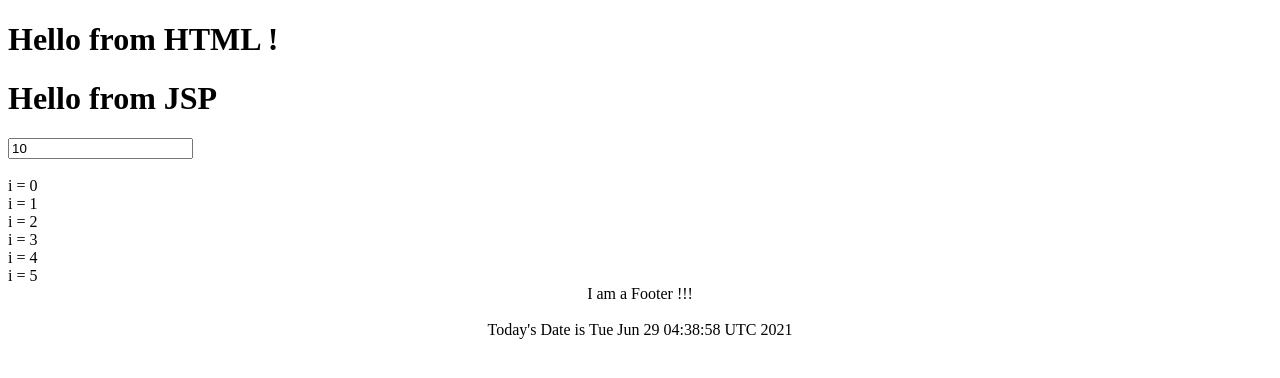
Repository: StarCoder09/JavaWorkspace
Page: http://localhost/JSP_demo/
These files come from the project's save history. The page is drawn as it stood at one moment and after the next save; the edit follows.
The browser window is 1280 px wide. The pictures show the whole page.
The page is served by Tomcat 9. Other server files are loaded and not shown.

Above is the page before, as saved 2021-06-30 11:28:22.

### JSP_demo/src/main/webapp/index.jsp
<%@ page import="java.util.Date" %>
<%@ page language="java" contentType="text/html; charset=ISO-8859-1"
    pageEncoding="ISO-8859-1"%>
<!DOCTYPE html>
<html>
	<head>
		<meta charset="ISO-8859-1">
		<title>JSP Demo</title>
	</head>
	<body>
		<h1>Hello from HTML !</h1>
		<%= "<h1>Hello from JSP</h1>" %>

		<%
			int x=10;
		%>
		<input type="text" value="<%= x %>"><br/><br/>

		<%
			for(int i=0;i<=5;i++){
				out.print("i = " + i + "<br/>");
			}
		%>

		<%@include file="footer.html" %>
		<div align="center">
			Today's Date is <%= new Date() %>
		</div>
	</body>
</html>

### JSP_demo/src/main/webapp/footer.html
<div align="center">
	I am a Footer !!!<br/><br/>
</div>

After the next save:
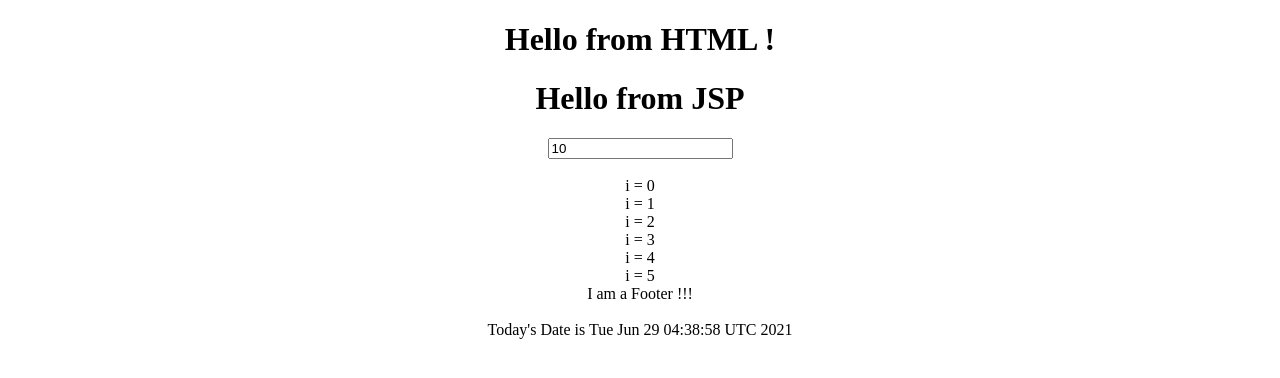
Saved 59 s later.
--- a/JSP_demo/src/main/webapp/index.jsp
+++ b/JSP_demo/src/main/webapp/index.jsp
@@ -8,19 +8,21 @@
 		<title>JSP Demo</title>
 	</head>
 	<body>
-		<h1>Hello from HTML !</h1>
-		<%= "<h1>Hello from JSP</h1>" %>
+		<div align="center">
+			<h1>Hello from HTML !</h1>
+			<%= "<h1>Hello from JSP</h1>" %>
 
-		<%
-			int x=10;
-		%>
-		<input type="text" value="<%= x %>"><br/><br/>
+			<%
+				int x=10;
+			%>
+			<input type="text" value="<%= x %>"><br/><br/>
 
-		<%
-			for(int i=0;i<=5;i++){
-				out.print("i = " + i + "<br/>");
-			}
-		%>
+			<%
+				for(int i=0;i<=5;i++){
+					out.print("i = " + i + "<br/>");
+				}
+			%>
+		</div>
 
 		<%@include file="footer.html" %>
 		<div align="center">
